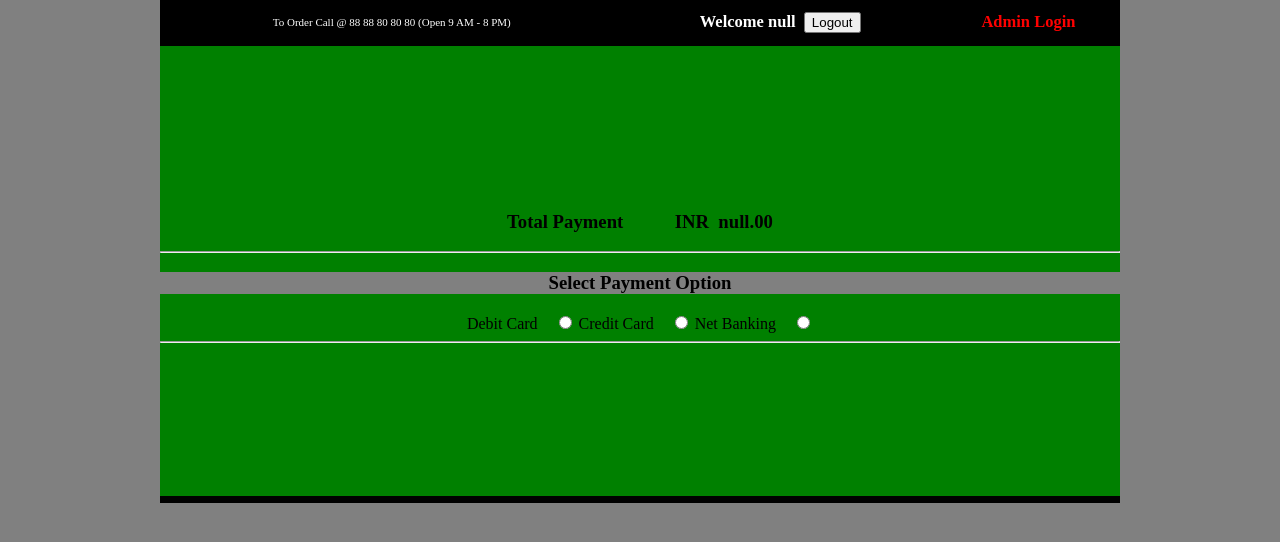
Repository: aashi12/e_mandi
Page: http://localhost/e_mandi/checkOut.jsp
These files come from the project's save history. The page is drawn as it stood at one moment and after the next save; the edit follows.
The browser window is 1280 px wide. The pictures show the whole page.
The page is served by Tomcat 9.

Above is the page before, as saved 2014-04-13 10:38:40.

After the next save:
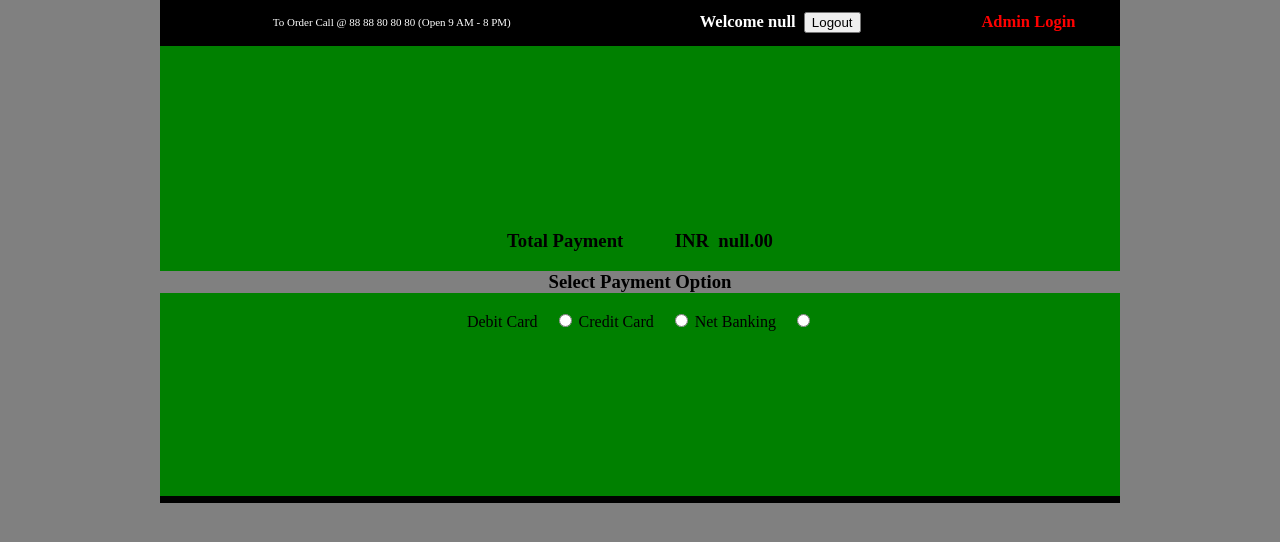
Saved 27 s later.
--- a/e_mandi/WebContent/checkOut.jsp
+++ b/e_mandi/WebContent/checkOut.jsp
@@ -30,12 +30,11 @@ out.print("<h2>Welcome "+usd); %>&nbsp;
 <!--  payment details    -->
 <% Integer tot=(Integer)session.getAttribute("amount"); %>
 <h3>Total Payment &nbsp;&nbsp;&nbsp;&nbsp;&nbsp;&nbsp;&nbsp;&nbsp;&nbsp;&nbsp;INR &nbsp;<%= tot %>.00</h3>
-<hr/>
 <h3 style="background: gray">Select Payment Option</h3>
 Debit Card &nbsp;&nbsp;&nbsp;<input type="radio" name="pay"/>
 Credit Card &nbsp;&nbsp;&nbsp;<input type="radio" name="pay"/>
 Net Banking &nbsp;&nbsp;&nbsp;<input type="radio" name="pay"/>
-<hr/>
+
 </td>
 </tr>
 <tr>
